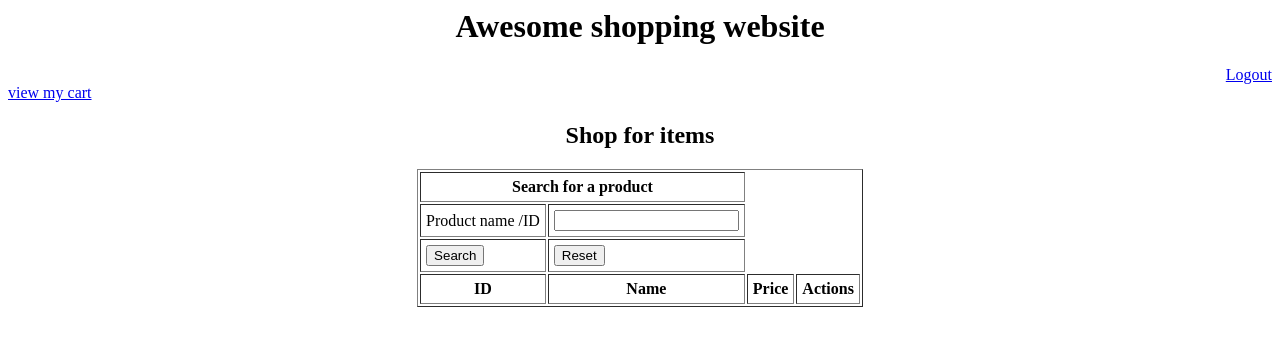
Repository: balu-sadanandan/demo-Shopping-cart-application
Page: http://localhost/shopping-cart/prodcat.jsp
An editor plug-in stored every save of this project. The page is shown before and after the next save, followed by the edit.
The browser window is 1280 px wide. The pictures show the whole page.
The page is served by Tomcat 9. The template is opened directly, without the code that normally fills it, so the values that code supplies are empty.

Above is the page before, as saved 2017-09-19 08:10:02.

After the next save:
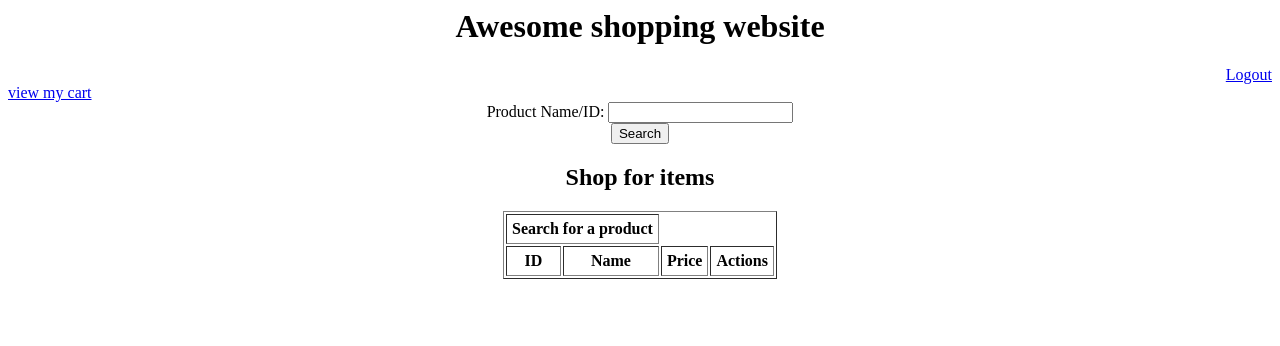
Saved 3 min 11 s later.
--- a/shopping-cart/WebContent/prodcat.jsp
+++ b/shopping-cart/WebContent/prodcat.jsp
@@ -30,7 +30,7 @@
                     </tr>
                <!--  </thead> -->
               <!--   <tbody> -->
-                    <tr>
+             <!--        <tr>
                         <td>Product name /ID</td>
                         <td><input type="text" name="prid" value="" /></td>
                     </tr>
@@ -38,9 +38,14 @@
                         <td><input type="submit" value="Search" /></td>
                         <td><input type="reset" value="Reset" /></td>
                     </tr>
-
+                     -->
              <!--    </tbody> -->
          <!--    </table> -->
+
+            <form action="/searchp" method="get">
+  Product Name/ID: <input type="text" name="pname"><br>
+  <input type="submit" value="Search">
+</form>
 
             <!-- search box finishes here -->
             <tr>
